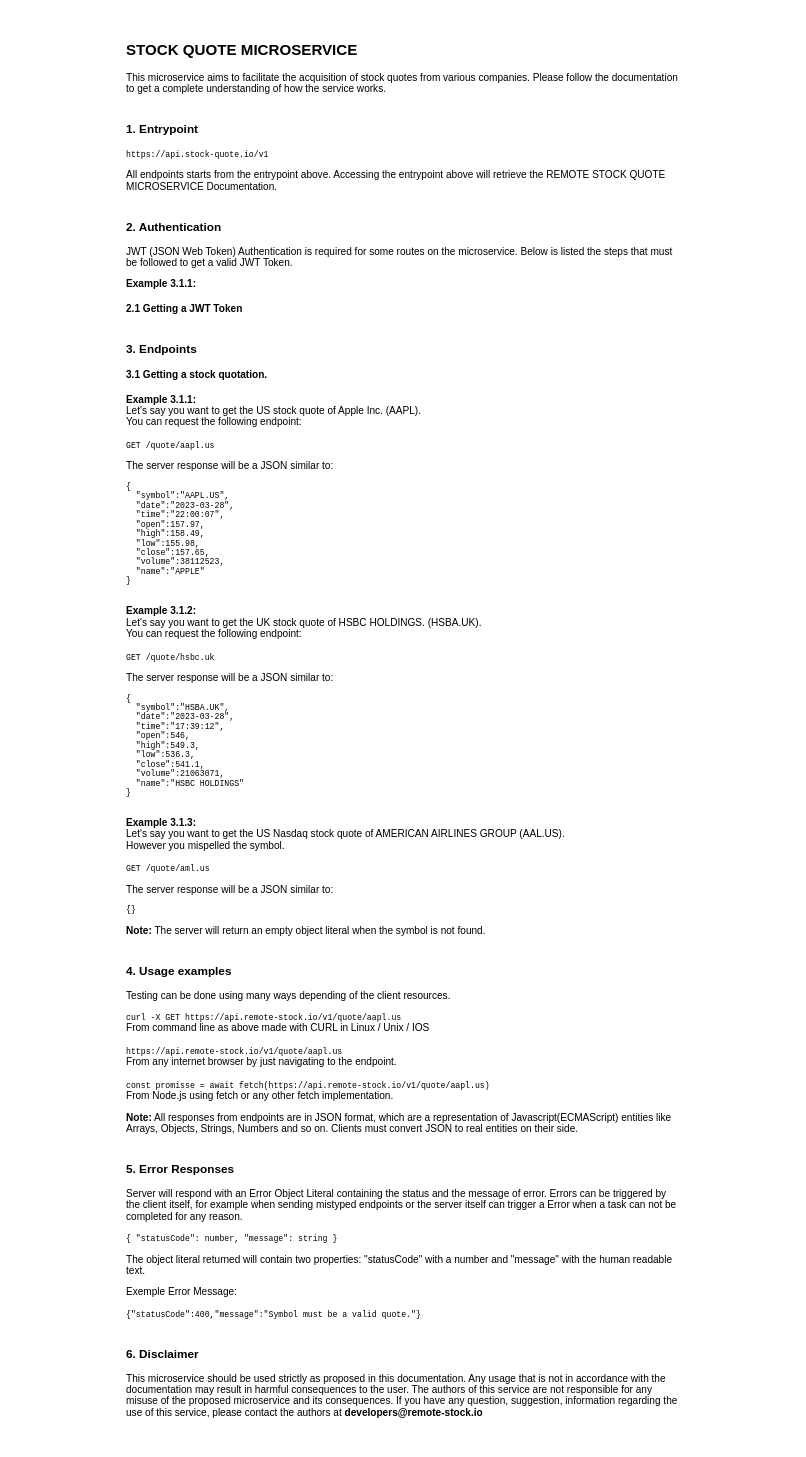
Repository: miguelamello/nest-js
Page: stock-service/documentation.html
An editor plug-in stored every save of this project. The page is shown before and after a run of saves, followed by the edit.
The browser window is 1280 px wide. The pictures show the whole page, at 63% of full size.

Above is the page before, as saved 2023-04-01 15:33:28.

After the next 5 saves:
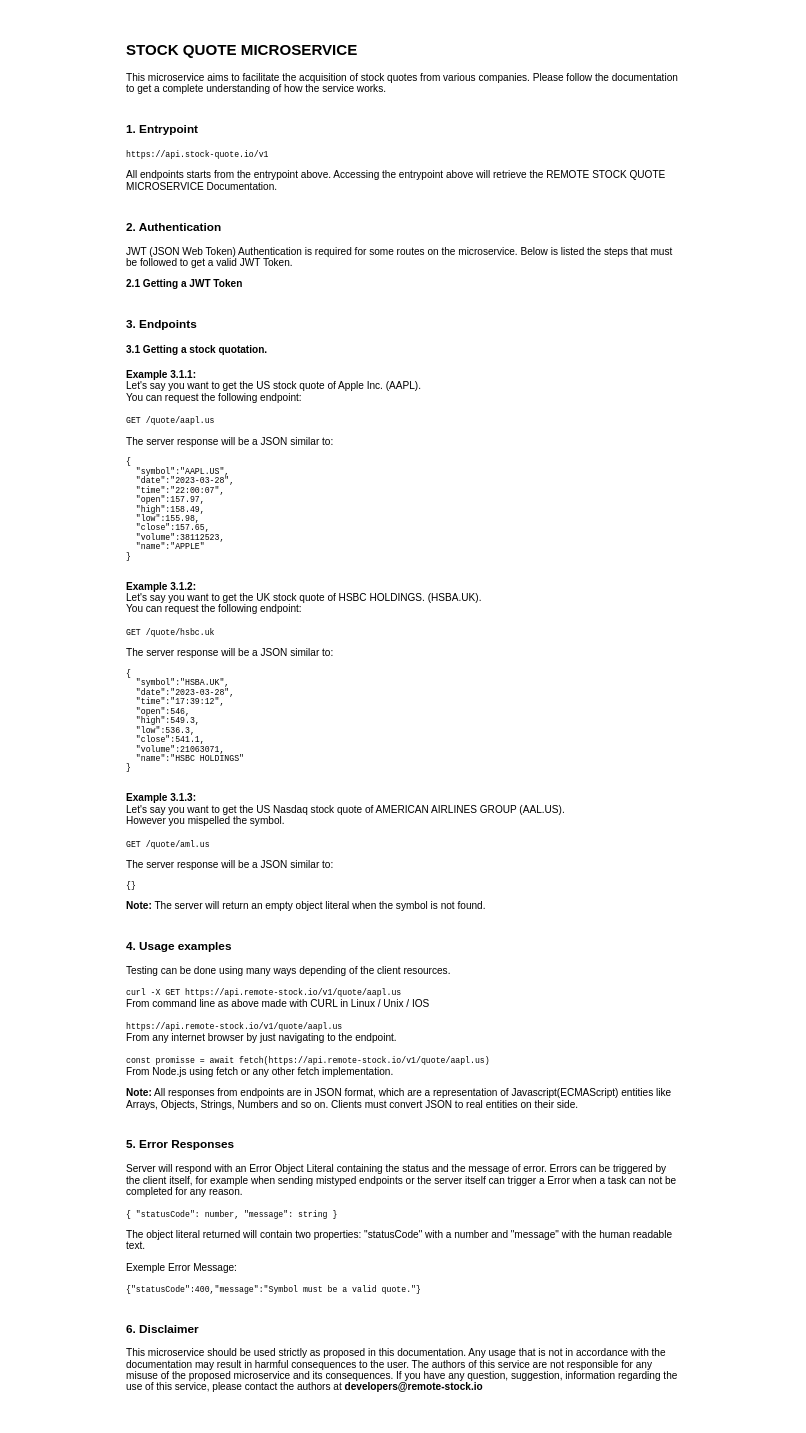
The 5 saves are shown as one change because they came seconds apart.
The last was saved 27 s later.
--- a/stock-service/documentation.html
+++ b/stock-service/documentation.html
@@ -36,8 +36,11 @@
   <p>JWT (JSON Web Token) Authentication is required for some routes on the microservice.
     Below is listed the steps that must be followed to get a valid JWT Token.</p>
 
-    <div><b>Example 3.1.1:</b></div>
-  <h4>2.1 Getting a JWT Token</h4>
+  <p>
+
+  </p>
+    <div><b>2.1 Getting a JWT Token</b></div>
+
 
   <h3>3. Endpoints</h3>
 
